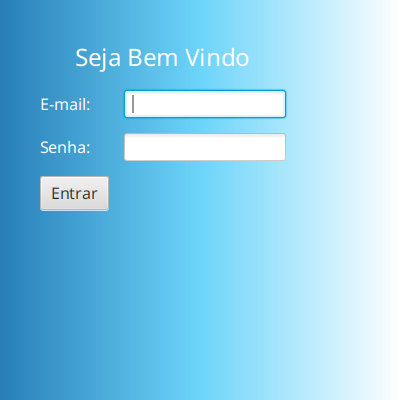
Repository: AlanVidalll/Curso-Java-Completo
Program's window: java exercicios-javafx/src/fxmll/AppFXML.java
An editor plug-in stored every save of this project. The program's window is shown before and after the next save, followed by the edit.
It runs on Java 21 on a 1366 x 768 screen with JavaFX 11; the title bar is not drawn.

Above is the program's window before, as saved 2020-04-12 13:13:28.

After the next save:
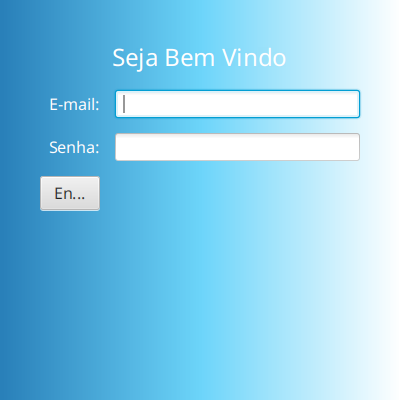
Saved 18 s later.
--- a/exercicios-javafx/src/fxmll/Login.fxml
+++ b/exercicios-javafx/src/fxmll/Login.fxml
@@ -11,6 +11,11 @@
      <padding>
      <Insets  left="40" right="40" top="40" bottom="40"/>
      </padding>
+
+     <columnConstraints>
+     <ColumnConstraints minWidth="60" prefWidth="60" halignment="right" />
+     <ColumnConstraints prefWidth="100" maxWidth="Infinity" hgrow="ALWAYS" />
+     </columnConstraints>
 
 
 <Label text="Seja Bem Vindo"
